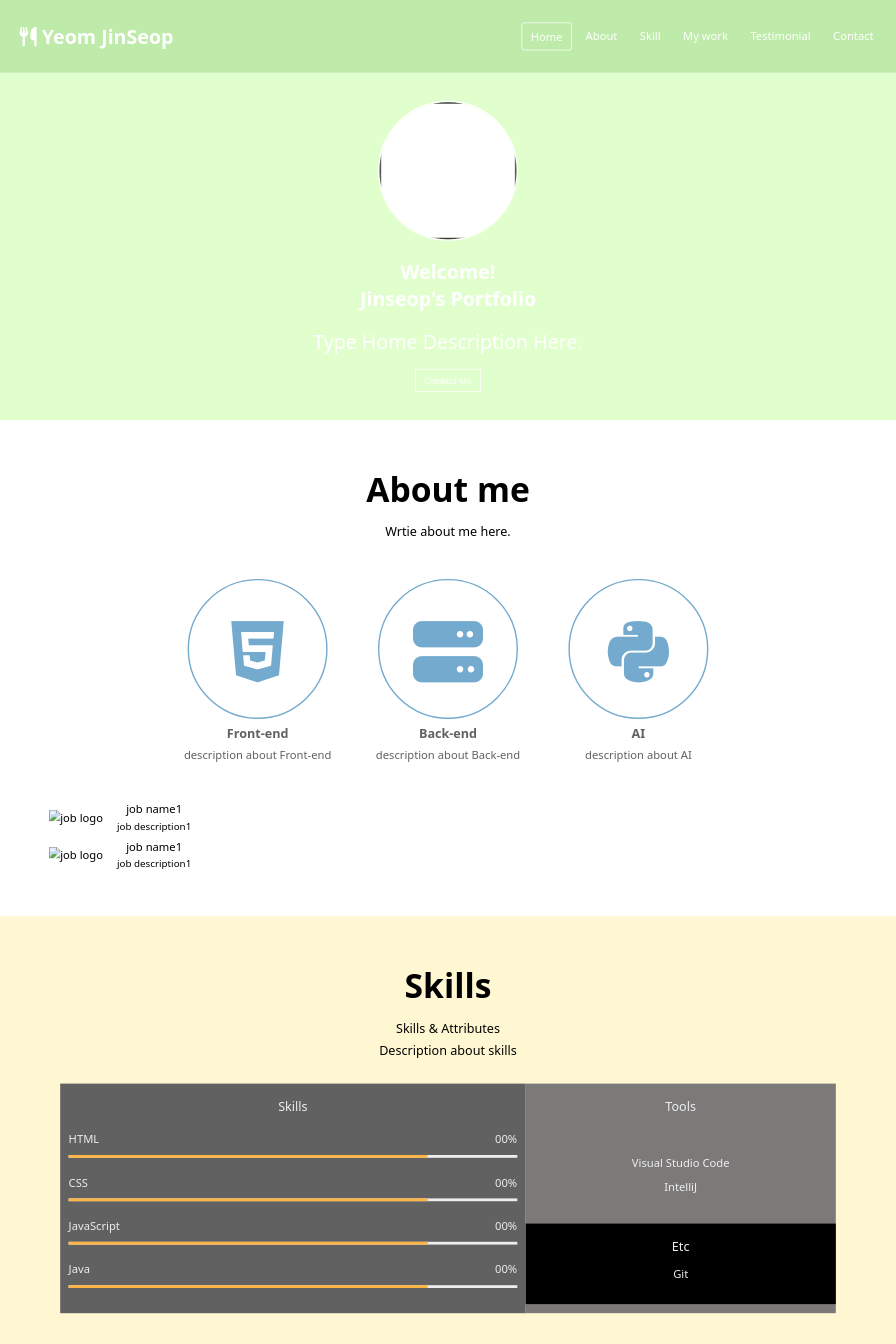
Repository: YEOMJINSEOP/yeomjinseop.github.io
Page: index.html
An editor plug-in stored every save of this project. The page is shown before and after the next save, followed by the edit.
The browser window is 1280 px wide. The pictures show the part of the page from y = 0 to 1920 px (the page is 3165 px tall), at 70% of full size.
Some web libraries are served in a nearby version.

Above is the page before, as saved 2022-08-14 20:43:17.

After the next save:
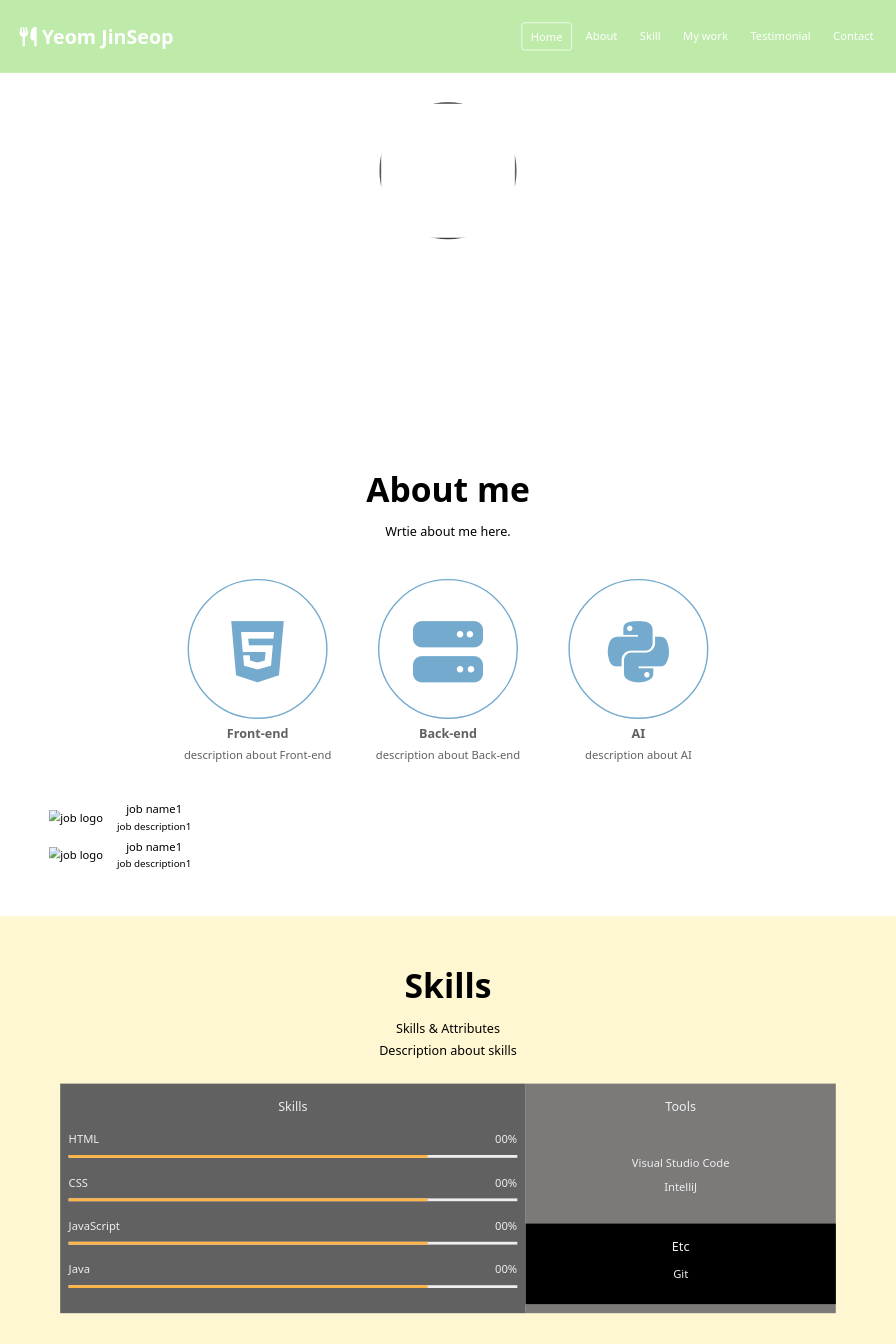
Saved 4 s later.
--- a/style.css
+++ b/style.css
@@ -16,7 +16,6 @@
   --color-orange: #feb546;
   --color-black: #000000;
   --color-yellow-green: #BEEBA9;
-  --color-light-yellow-green: #E1FFCC;
   --color-sky-blue: #A9D7EB;
 
   /* Font size */
